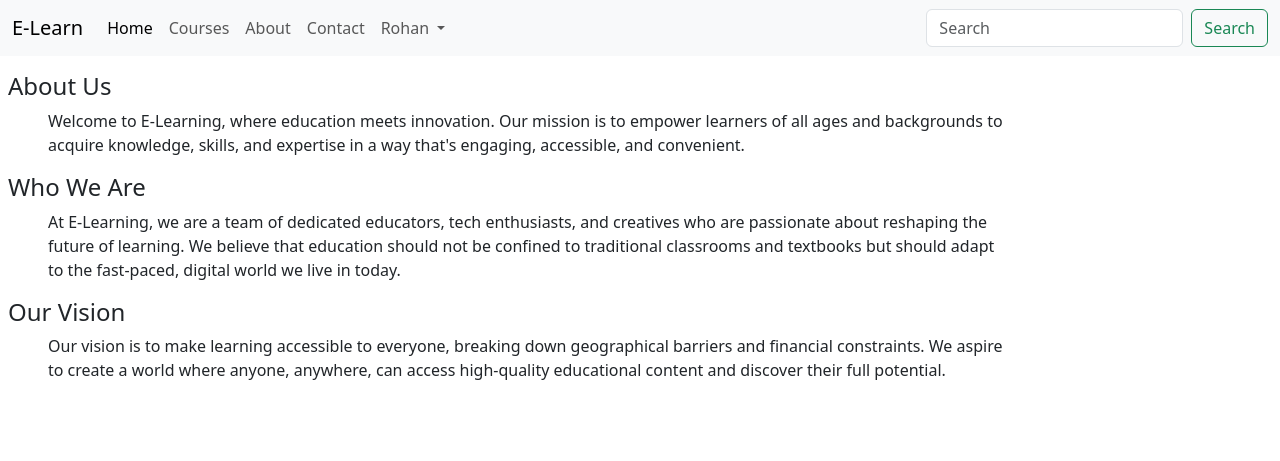
Repository: syni18/bootstrap_elarn
Page: About.html
The author's editor kept a copy of each file at every save. The page is drawn from the files as they stood at one save, then again after the next save.
The browser window is 1280 px wide. The pictures show the whole page.

Above is the page before, as saved 2023-10-25 23:14:13.

After the next save:
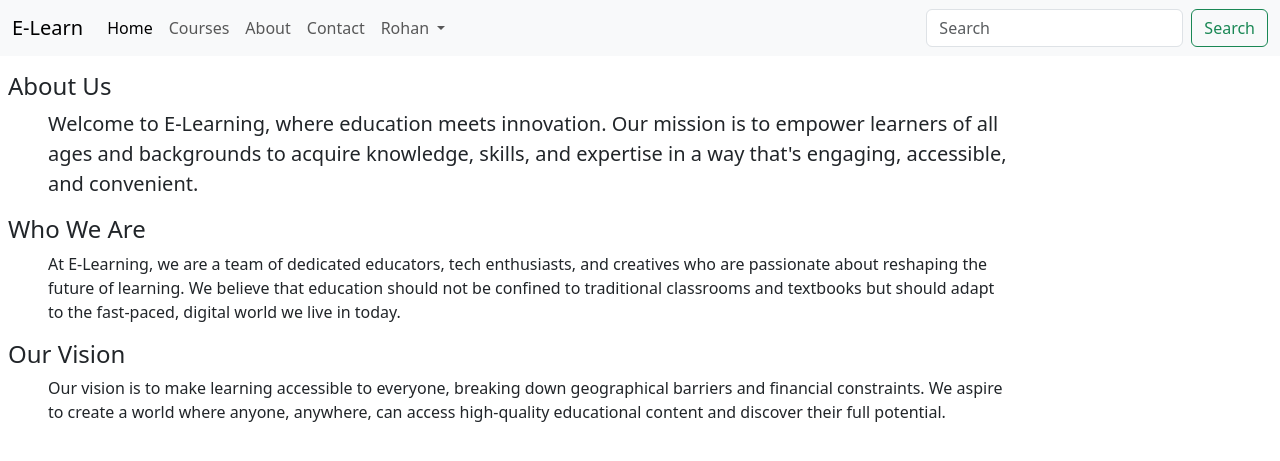
Saved 22 s later.
--- a/About.html
+++ b/About.html
@@ -48,7 +48,7 @@
 </nav>
 <div class="mt-3">
     <h6 class="display-6 fs-4 ms-2">About Us</h6>
-    <p class="w-75 ms-5">Welcome to E-Learning, where education meets innovation. Our mission is to empower learners of all ages and backgrounds to acquire knowledge, skills, and expertise in a way that's engaging, accessible, and convenient.</p>
+    <p class="w-75 ms-5 lead">Welcome to E-Learning, where education meets innovation. Our mission is to empower learners of all ages and backgrounds to acquire knowledge, skills, and expertise in a way that's engaging, accessible, and convenient.</p>
 </div>
 <div class="mt-3">
     <h6 class="display-6 fs-4 ms-2">Who We Are</h6>
